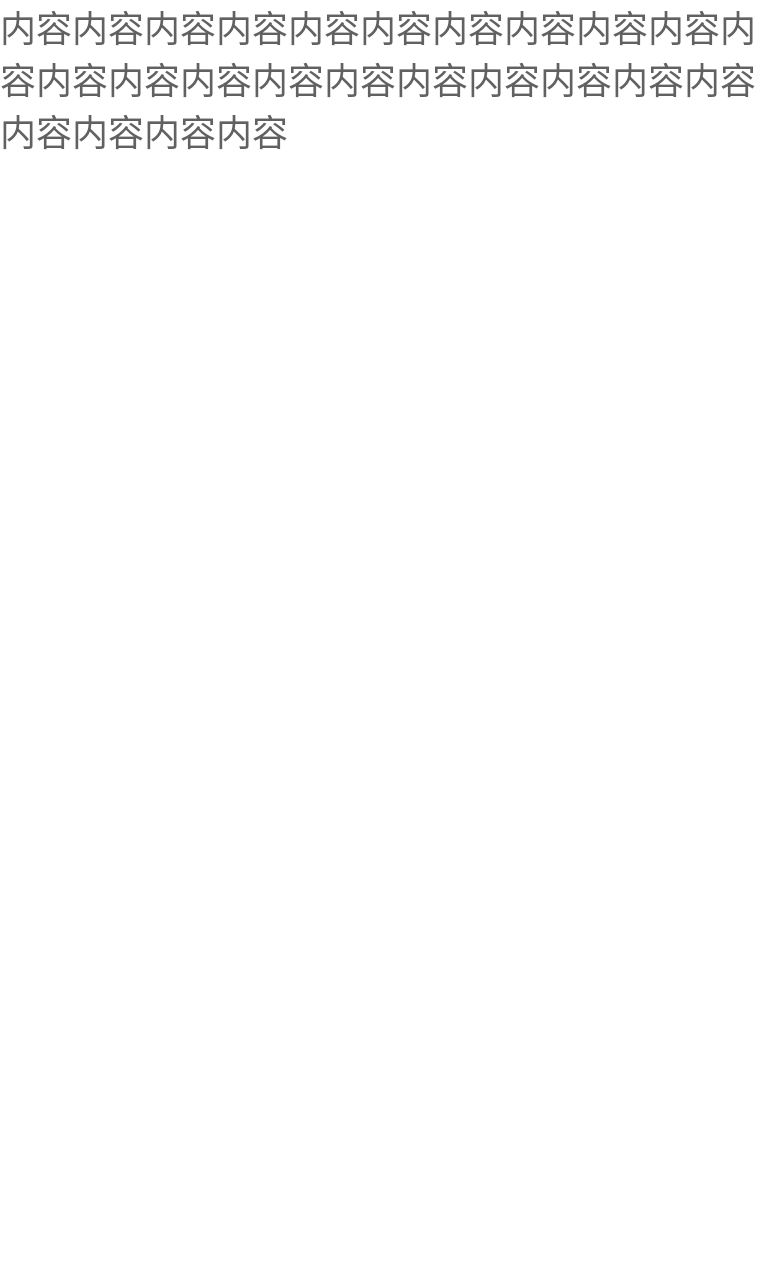
Repository: fatio/Nower
Layout: Android_Client_Source/EnjoyIt/res/layout/comment_list_item.xml
An editor plug-in stored every save of this project. The layout is shown before and after the next save, followed by the edit.
It is drawn on a 768 x 1280 px phone screen (xhdpi) without system bars, with theme AppTheme; the app's code is not run.

Above is the layout before, as saved 2015-12-27 16:23:53.

After the next save:
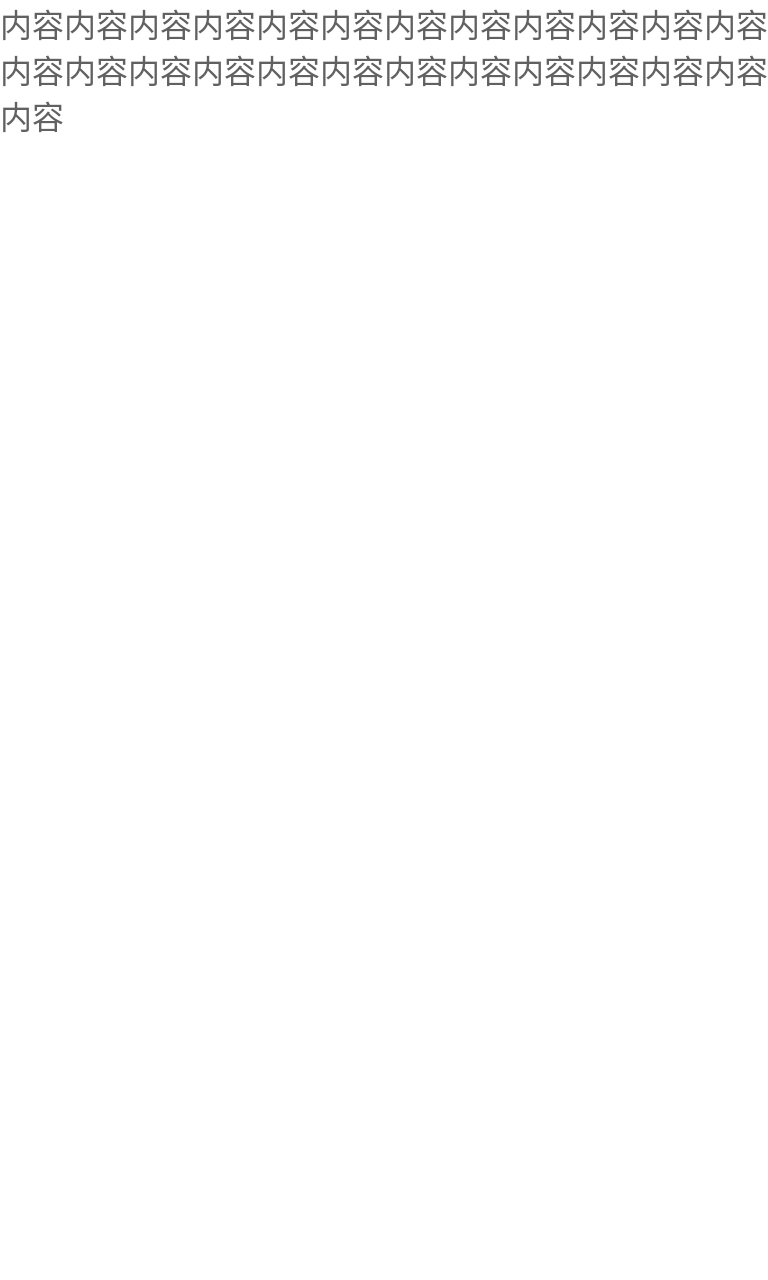
Saved 65 s later.
--- a/Android_Client_Source/EnjoyIt/res/layout/comment_list_item.xml
+++ b/Android_Client_Source/EnjoyIt/res/layout/comment_list_item.xml
@@ -55,6 +55,6 @@
         android:layout_height="wrap_content"
         android:text="内容内容内容内容内容内容内容内容内容内容内容内容内容内容内容内容内容内容内容内容内容内容内容内容内容"
         android:textColor="#616161"
-        android:textSize="18sp"/>
+        android:textSize="16sp"/>
 
 </LinearLayout>
